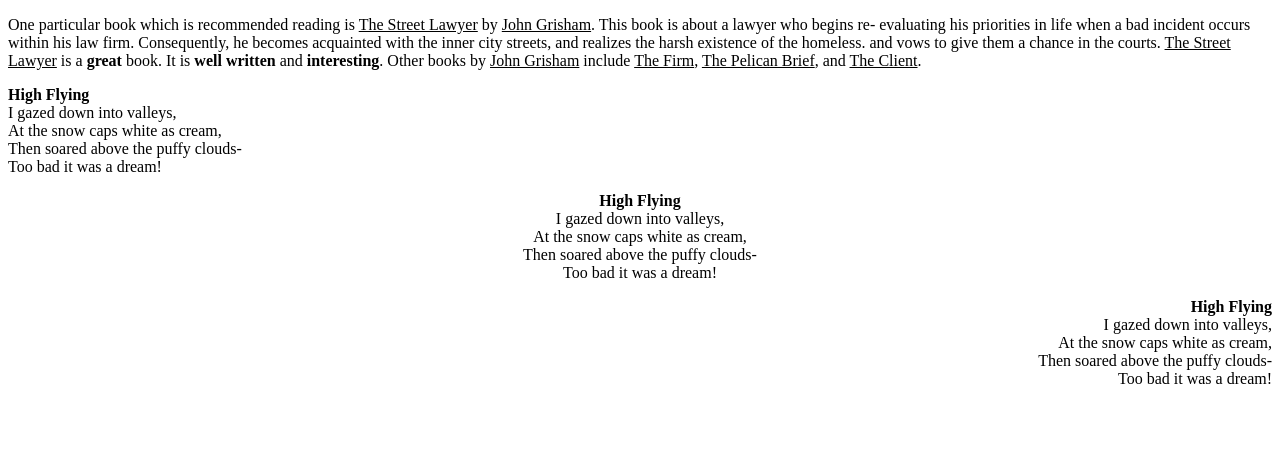
Repository: NguyenPhuSang21023391/HTCNWeb_T1-2
Page: TH_Tuan01/html/bai03.html
These files come from the project's save history. The page is drawn as it stood at one moment and after the next save; the edit follows.
The browser window is 1280 px wide. The pictures show the whole page.

Above is the page before, as saved 2023-02-19 16:22:39.

After the next save:
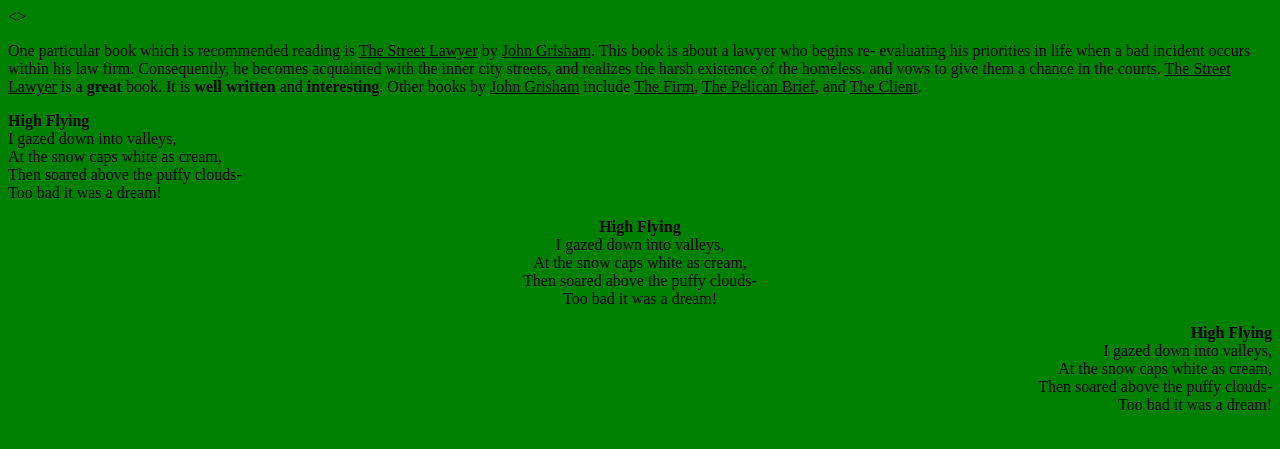
Saved 8 min 0 s later.
--- a/TH_Tuan01/html/bai03.html
+++ b/TH_Tuan01/html/bai03.html
@@ -6,20 +6,20 @@
     <meta name="viewport" content="width=device-width, initial-scale=1.0" />
     <title>Document</title>
   </head>
-  <body>
-    <p>
-      One particular book which is recommended reading is
-      <u>The Street Lawyer</u> by <u>John Grisham</u>. This book is about a
-      lawyer who begins re- evaluating his priorities in life when a bad
-      incident occurs within his law firm. Consequently, he becomes acquainted
-      with the inner city streets, and realizes the harsh existence of the
-      homeless. and vows to give them a chance in the courts.
-      <u>The Street Lawyer</u> is a <b>great</b> book. It is
-      <b>well written</b> and <b>interesting</b>. Other books by
-      <u>John Grisham</u> include <u>The Firm</u>, <u>The Pelican Brief</u>, and
-      <u>The Client</u>.
-    </p>
+  <>
+  <p>
+    One particular book which is recommended reading is
+    <u>The Street Lawyer</u> by <u>John Grisham</u>. This book is about a lawyer
+    who begins re- evaluating his priorities in life when a bad incident occurs
+    within his law firm. Consequently, he becomes acquainted with the inner city
+    streets, and realizes the harsh existence of the homeless. and vows to give
+    them a chance in the courts. <u>The Street Lawyer</u> is a
+    <b>great</b> book. It is <b>well written</b> and <b>interesting</b>. Other
+    books by <u>John Grisham</u> include <u>The Firm</u>,
+    <u>The Pelican Brief</u>, and <u>The Client</u>.
+  </p>
 
+  <body bgcolor="green">
     <p style="text-align: left">
       <b>High Flying</b> <br />I gazed down into valleys, <br />At the snow caps
       white as cream,<br />Then soared above the puffy clouds- <br />Too bad it
